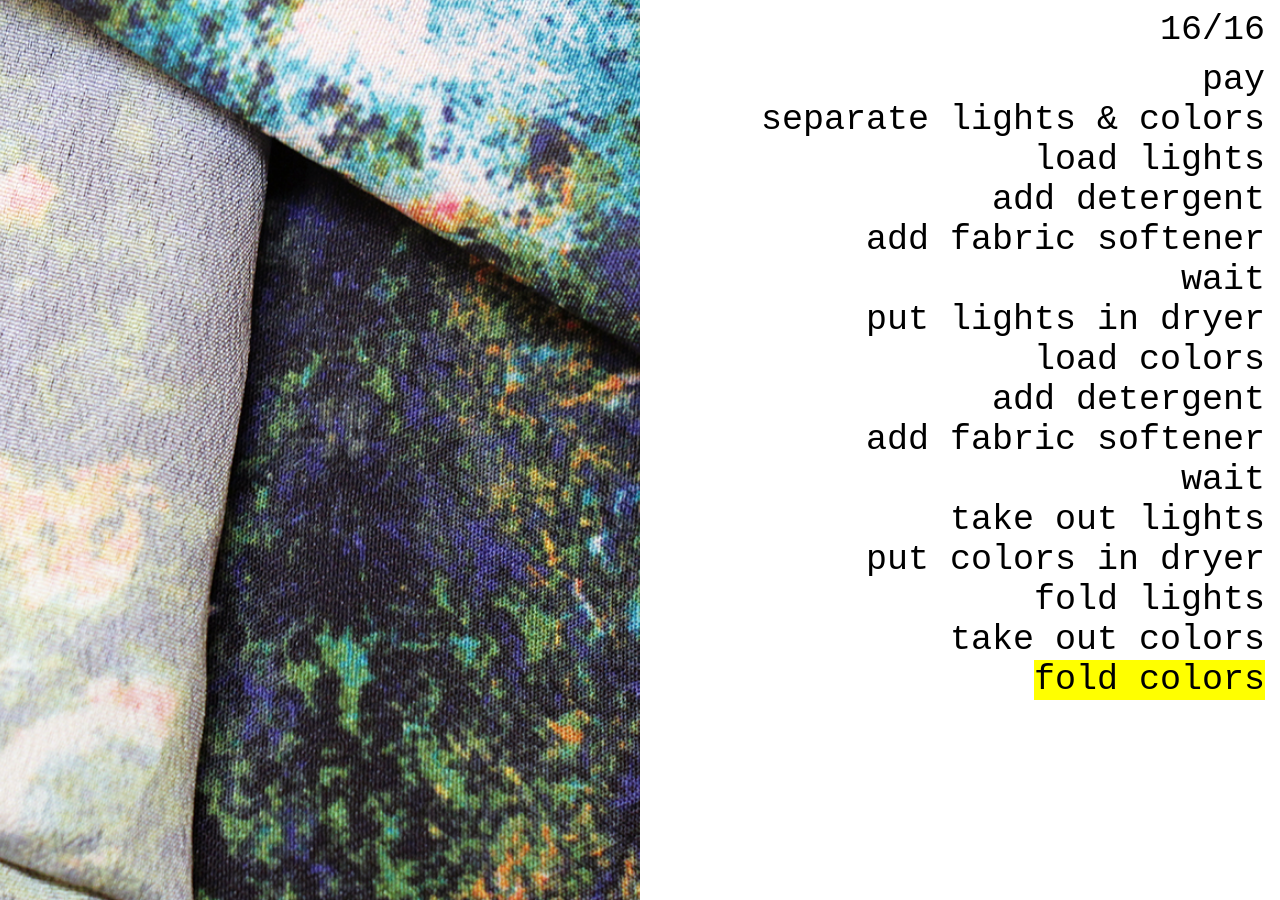
Repository: ortik455/ortik455.github.io
Page: studio/laundrysite/sixteen.html
The author's editor kept a record of every edit. The page is drawn from the files as they stood at one moment, then again after the next edit.
The browser window is 1280 px wide. The pictures show the whole page.

Above is the page before.

After the next edit:
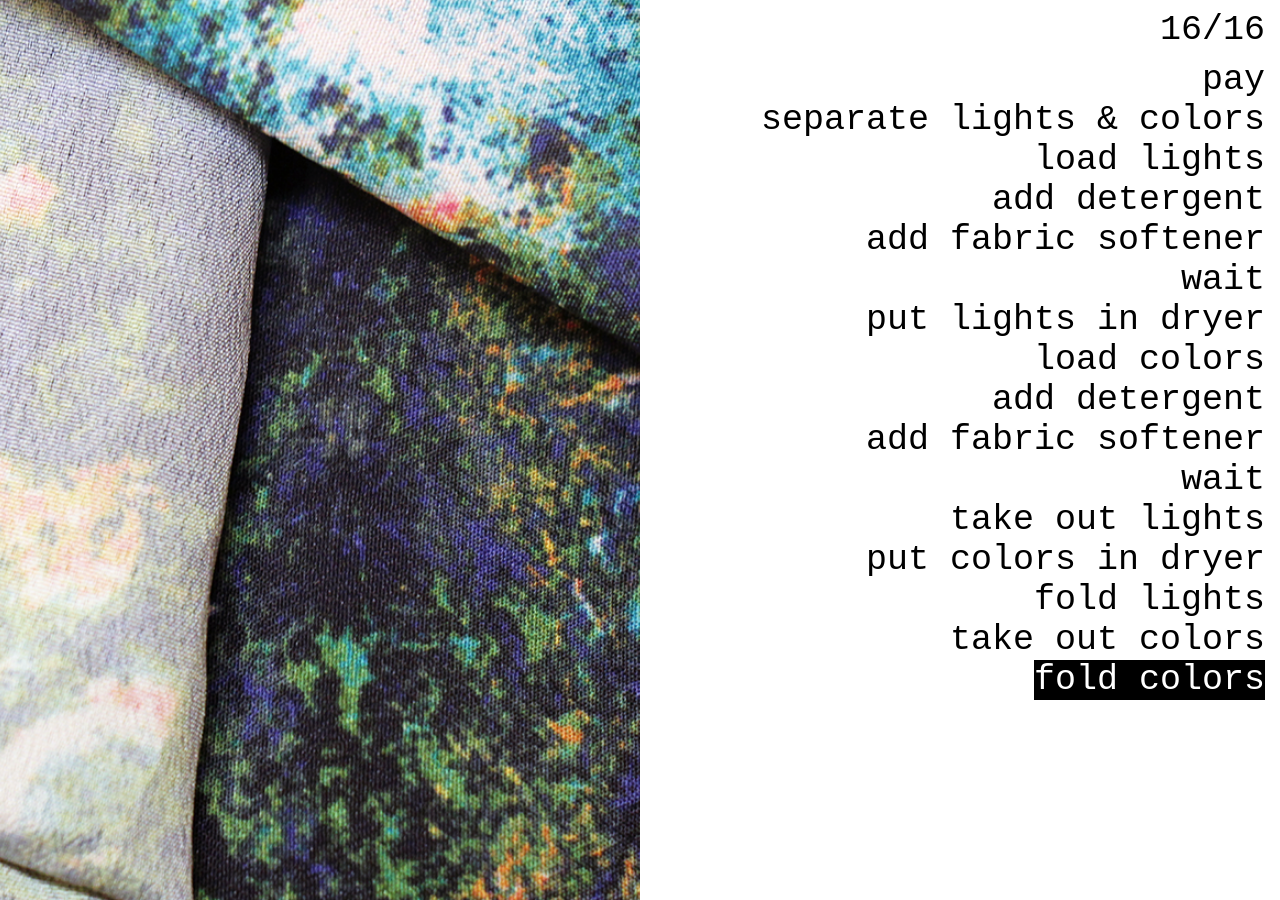
The edit:
--- a/studio/laundrysite/sixteen.html
+++ b/studio/laundrysite/sixteen.html
@@ -48,7 +48,7 @@
 		  	<br>
 		  	take out colors
 		  	<br>
-		  	<mark>fold colors</mark>
+		  	<span class="mark">fold colors</span>
 		</div>
 	  </div>
 
